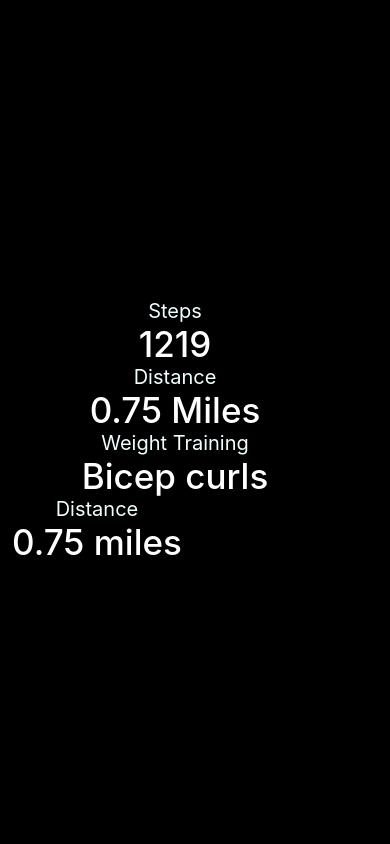
Repository: JamesPesenti/JiMTracker
Screen: /
An editor plug-in stored every save of this project. The screen is shown before and after the next save, followed by the edit.
The app was drawn by React Native's web renderer in a window 390 px wide. The project was rebuilt for these pictures with package versions that can differ from the ones it lists, and the page was loaded fresh each time.

Above is the screen before, as saved 2023-06-16 11:38:04.

After the next save:
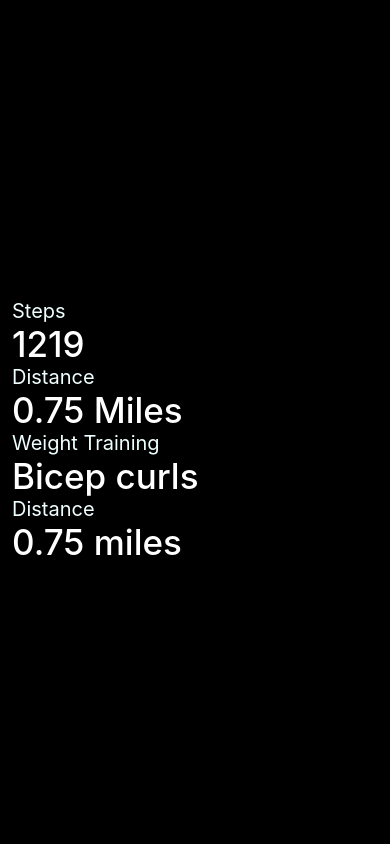
Saved 6 s later.
--- a/App.tsx
+++ b/App.tsx
@@ -48,11 +48,11 @@ const styles = StyleSheet.create({
   valueContainer: {
     color: "white",
     marginRight: 40,
-    alignItems: "center",
   },
   label: {
     color: "azure",
-    fontSize: 20
+    fontSize: 20,
+    alignItems: "center",
   },
   amount: {
     color: "white",
